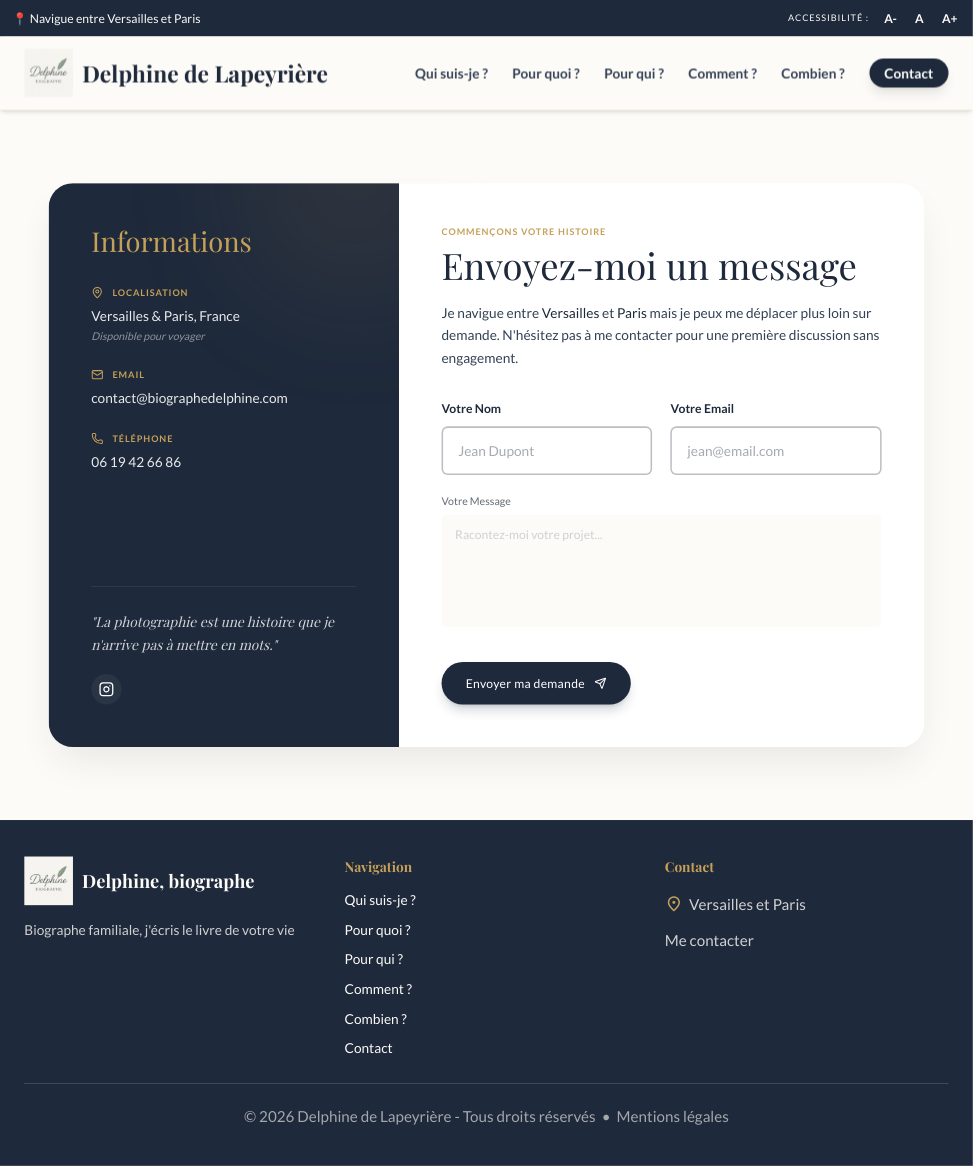
Repository: louisbdc/delphine-biographe
Page: /contact
An editor plug-in stored every save of this project. The page is shown before and after the next save, followed by the edit.
The browser window is 1280 px wide. The pictures show the whole page, at 76% of full size.
Some web fonts or font styles are not loaded; a fallback is used. The project was rebuilt for these pictures with package versions that can differ from the ones it lists, and the page was loaded fresh each time. The framework's server and built-in components were replaced by stand-ins that run in the browser. Also part of the build but not shown: next.config.js.

Above is the page before, as saved 2026-01-07 17:19:11.

### app/layout.tsx
import type { Metadata } from "next";
import "./globals.css";
import AccessibilityControls from "@/components/AccessibilityControls";
import Footer from "@/components/Footer";

export const metadata: Metadata = {
  title: "Delphine de Lapeyrière | Biographe Familiale",
  description: "Biographe familiale, j'écris le livre de votre vie",
  icons: {
    icon: "/logo.png",
  },
};

export default function RootLayout({
  children,
}: Readonly<{
  children: React.ReactNode;
}>) {
  return (
    <html lang="fr" className="scroll-smooth">
      <head>
        {/* Google Fonts: Playfair Display (Serif) & Lato (Sans) */}
        <link rel="preconnect" href="https://fonts.googleapis.com" />
        <link rel="preconnect" href="https://fonts.gstatic.com" crossOrigin="anonymous" />
        <link
          href="https://fonts.googleapis.com/css2?family=Lato:wght@400;700&family=Playfair+Display:ital,wght@0,400;0,700;1,400&display=swap"
          rel="stylesheet"
        />
        {/* Material Symbols for Icons */}
        <link
          rel="stylesheet"
          href="https://fonts.googleapis.com/css2?family=Material+Symbols+Outlined:opsz,wght,FILL,GRAD@24,400,0,0"
        />
      </head>
      <body
        className="font-sans antialiased text-navy overflow-x-hidden flex flex-col min-h-screen"
      >
        {/* Accessibility & Top Bar */}
        <div className="bg-navy text-cream py-2 px-4 flex justify-between items-center text-sm md:text-base">
          <span className="hidden md:inline">📍 Navigue entre Versailles et Paris</span>
          <AccessibilityControls />
        </div>
        <main className="flex-1">
          {children}
        </main>
        <Footer />
      </body>
    </html>
  );
}

### app/contact/page.tsx
import Navigation from "@/components/Navigation";
import { MapPin, Mail, Instagram, Send, Phone } from "lucide-react";

export default function ContactPage() {
  return (
    <>
      <Navigation />

      <main className="min-h-screen bg-[#FDFBF7] flex items-center justify-center py-24 px-4 sm:px-6">

        {/* CONTENEUR PRINCIPAL : Plus large (max-w-6xl) pour donner de l'espace */}
        <div className="w-full max-w-6xl bg-white rounded-[2rem] shadow-2xl shadow-navy/10 overflow-hidden flex flex-col lg:flex-row min-h-[700px]">

          {/* --- COLONNE GAUCHE (NAVY) : 35-40% de la largeur ---
              Sert d'ambiance et d'infos rapides.
          */}
          <div className="lg:w-[40%] bg-navy text-white p-10 md:p-14 relative flex flex-col justify-between">

            {/* Décoration de fond subtile */}
            <div className="absolute top-[-20%] right-[-20%] w-[300px] h-[300px] bg-gold/10 rounded-full blur-[80px] pointer-events-none"></div>

            <div className="relative z-10">
              <h3 className="font-serif text-3xl md:text-4xl text-gold mb-10">Informations</h3>

              <div className="space-y-8">
                <div className="group">
                  <p className="flex items-center gap-3 text-gold text-xs font-bold tracking-widest uppercase mb-2">
                    <MapPin className="w-4 h-4" /> Localisation
                  </p>
                  <p className="text-white/90 font-light text-lg">Versailles & Paris, France</p>
                  <p className="text-white/50 text-sm italic mt-1">Disponible pour voyager</p>
                </div>

                <div className="group">
                  <p className="flex items-center gap-3 text-gold text-xs font-bold tracking-widest uppercase mb-2">
                    <Mail className="w-4 h-4" /> Email
                  </p>
                  <a href="mailto:contact@biographedelphine.com" className="text-white/90 font-light text-lg hover:text-gold transition-colors">
                    contact@biographedelphine.com
                  </a>
                </div>

                <div className="group">
                  <p className="flex items-center gap-3 text-gold text-xs font-bold tracking-widest uppercase mb-2">
                    <Phone className="w-4 h-4" /> Téléphone
                  </p>
                  <p className="text-white/90 font-light text-lg">06 19 42 66 86</p>
                </div>
              </div>
            </div>

            {/* Citation et Social en bas */}
            <div className="relative z-10 mt-16 pt-8 border-t border-white/10">
              <p className="font-serif italic text-lg text-white/80 mb-6 leading-relaxed">
                "La photographie est une histoire que je n'arrive pas à mettre en mots."
              </p>
              <a href="#" className="inline-flex items-center justify-center w-10 h-10 rounded-full bg-white/5 hover:bg-gold hover:text-navy transition-all duration-300">
                <Instagram className="w-5 h-5" />
              </a>
            </div>
          </div>

          {/* --- COLONNE DROITE (BLANC) : 60-65% de la largeur ---
              Contient l'intro ET le formulaire, l'un sous l'autre pour maximiser la largeur.
          */}
          <div className="lg:w-[60%] p-10 md:p-14 bg-white relative">

            {/* En-tête de la section Contact */}
            <div className="mb-10">
              <span className="text-gold font-bold tracking-widest uppercase text-xs mb-3 block">
                Commençons votre histoire
              </span>
              <h2 className="text-4xl md:text-5xl font-serif text-navy mb-6">
                Envoyez-moi un message
              </h2>
              <p className="text-navy-light text-lg leading-relaxed max-w-2xl">
                Je navigue entre <strong className="text-navy font-medium">Versailles</strong> et <strong className="text-navy font-medium">Paris</strong> mais je peux me déplacer plus loin sur demande. N'hésitez pas à me contacter pour une première discussion sans engagement.
              </p>
            </div>

            {/* LE FORMULAIRE : Prend toute la largeur disponible maintenant */}
            <form className="space-y-6">
              <div className="grid grid-cols-1 md:grid-cols-2 gap-6">
                {/* Champ Nom */}
                <div className="relative">
                  <label htmlFor="name" className="block text-base font-semibold text-navy mb-3">Votre Nom</label>
                  <input
                    type="text"
                    id="name"
                    placeholder="Jean Dupont"
                    className="w-full px-5 py-4 rounded-lg bg-white border-2 border-navy/30 focus:border-gold focus:bg-white focus:outline-none focus:ring-2 focus:ring-gold/20 transition-all duration-300 placeholder:text-navy/40 text-navy text-lg"
                  />
                </div>

                {/* Champ Email */}
                <div className="relative">
                  <label htmlFor="email" className="block text-base font-semibold text-navy mb-3">Votre Email</label>
                  <input
                    type="email"
                    id="email"
                    placeholder="jean@email.com"
                    className="w-full px-5 py-4 rounded-lg bg-white border-2 border-navy/30 focus:border-gold focus:bg-white focus:outline-none focus:ring-2 focus:ring-gold/20 transition-all duration-300 placeholder:text-navy/40 text-navy text-lg"
                  />
                </div>
              </div>

              {/* Champ Message (Large) */}
              <div className="relative">
                <label htmlFor="message" className="block text-sm font-medium text-navy/70 mb-2">Votre Message</label>
                <textarea
                  id="message"
                  rows={5}
                  placeholder="Racontez-moi votre projet..."
                  className="w-full px-4 py-3 rounded-lg bg-[#FDFBF7] border-2 border-transparent focus:border-gold/30 focus:bg-white focus:outline-none transition-all duration-300 placeholder:text-navy/20 text-navy resize-none"
                ></textarea>
              </div>

              {/* Bouton d'action - Aligné ou pleine largeur */}
              <div className="pt-4">
                <button type="submit" className="group flex items-center gap-3 bg-navy text-white px-8 py-4 rounded-full hover:bg-gold hover:text-navy transition-all duration-300 font-medium tracking-wide shadow-lg shadow-navy/20">
                  <span>Envoyer ma demande</span>
                  <Send className="w-4 h-4 group-hover:translate-x-1 transition-transform" />
                </button>
              </div>
            </form>

          </div>
        </div>
      </main>
    </>
  );
}

### app/globals.css
@tailwind base;
@tailwind components;
@tailwind utilities;

body {
  background-color: #FDFBF7;
  color: #1E293B;
  /* High contrast text */
}

/* Smooth fade-in animation */
.fade-in {
  animation: fadeIn 1.2s ease-in-out;
}

@keyframes fadeIn {
  from { opacity: 0; transform: translateY(10px); }
  to { opacity: 1; transform: translateY(0); }
}

/* Focus states for accessibility */
a:focus, button:focus {
  outline: 3px solid #C5A059;
  outline-offset: 2px;
}

/* Typography overrides for specific senior readability */
p {
  line-height: 1.8;
  font-size: 1.25rem; /* ~20px for excellent readability */
}

### components/AccessibilityControls.tsx
"use client";

import { useState, useEffect } from "react";

export default function AccessibilityControls() {
  // On démarre à 100% (1) par défaut
  const [currentZoom, setCurrentZoom] = useState(1);
  const [mounted, setMounted] = useState(false);

  // Au chargement de la page (côté client uniquement)
  useEffect(() => {
    setMounted(true);
    // 1. On essaie de récupérer une préférence existante
    const savedZoom = localStorage.getItem("user-font-zoom");
    if (savedZoom) {
      const zoomValue = parseFloat(savedZoom);
      setCurrentZoom(zoomValue);
      applyZoom(zoomValue);
    } else {
      // Si aucune préférence, on applique la valeur par défaut
      applyZoom(1);
    }
  }, []);

  // Fonction pour appliquer le zoom sur la balise HTML racine
  const applyZoom = (zoom: number) => {
    if (typeof document !== "undefined") {
      // On touche à l'élément racine <html> pour que les 'rem' de Tailwind s'adaptent
      document.documentElement.style.fontSize = `${100 * zoom}%`;
    }
  };

  const handleZoomChange = (newZoom: number) => {
    setCurrentZoom(newZoom);
    applyZoom(newZoom);
    // On sauvegarde le choix pour la prochaine visite
    localStorage.setItem("user-font-zoom", newZoom.toString());
  };

  const increaseText = () => {
    if (currentZoom < 1.3) { // Max 130%
      // On utilise toFixed pour éviter les problèmes de virgule flottante (0.1 + 0.2 != 0.3)
      const newVal = parseFloat((currentZoom + 0.1).toFixed(1));
      handleZoomChange(newVal);
    }
  };

  const decreaseText = () => {
    if (currentZoom > 0.9) { // Min 90%
      const newVal = parseFloat((currentZoom - 0.1).toFixed(1));
      handleZoomChange(newVal);
    }
  };

  const resetText = () => {
    handleZoomChange(1); // Retour à 100%
  };

  // Pour éviter les erreurs d'hydratation (différence serveur/client),
  // on n'affiche rien tant que le composant n'est pas monté.
  if (!mounted) return null;

  return (
    <div className="flex items-center gap-4" id="accessibility-controls">
      <span className="uppercase tracking-widest text-xs hidden sm:inline">Accessibilité :</span>
      <button
        onClick={decreaseText}
        className="hover:text-gold font-bold p-1 transition-colors"
        aria-label="Diminuer la taille du texte"
        title="Réduire le texte"
      >
        A-
      </button>
      <button
        onClick={resetText}
        className="hover:text-gold font-bold p-1 transition-colors"
        aria-label="Taille du texte par défaut"
        title="Taille par défaut"
      >
        A
      </button>
      <button
        onClick={increaseText}
        className="hover:text-gold font-bold p-1 transition-colors"
        aria-label="Augmenter la taille du texte"
        title="Agrandir le texte"
      >
        A+
      </button>
    </div>
  );
}

### components/Footer.tsx
export default function Footer() {
  const currentYear = new Date().getFullYear();

  return (
    <footer className="bg-navy text-cream mt-auto">
      <div className="container mx-auto px-4 md:px-8 py-8 md:py-12">
        <div className="grid grid-cols-1 md:grid-cols-3 gap-8 md:gap-12">
          {/* Logo & Description */}
          <div className="flex flex-col items-center md:items-start">
            <div className="flex items-center gap-3 mb-4">
              <img
                src="/logo.png"
                alt="Delphine de Lapeyrière - Biographe"
                className="h-12 md:h-16 w-auto"
              />
              <span className="text-xl md:text-2xl font-serif font-bold text-cream">
                Delphine, biographe
              </span>
            </div>
            <p className="text-cream/80 text-center md:text-left text-base-lg">
              Biographe familiale, j&apos;écris le livre de votre vie
            </p>
          </div>

          {/* Navigation Links */}
          <div className="flex flex-col items-center md:items-start">
            <h3 className="text-lg font-serif font-bold mb-4 text-gold">
              Navigation
            </h3>
            <ul className="flex flex-col gap-3 text-base-lg">
              <li>
                <a
                  href="/qui-suis-je"
                  className="hover:text-gold transition-colors underline-offset-4 hover:underline"
                >
                  Qui suis-je ?
                </a>
              </li>
              <li>
                <a
                  href="/pour-quoi-faire"
                  className="hover:text-gold transition-colors underline-offset-4 hover:underline"
                >
                  Pour quoi ?
                </a>
              </li>
              <li>
                <a
                  href="/pour-qui"
                  className="hover:text-gold transition-colors underline-offset-4 hover:underline"
                >
                  Pour qui ?
                </a>
              </li>
              <li>
                <a
                  href="/comment"
                  className="hover:text-gold transition-colors underline-offset-4 hover:underline"
                >
                  Comment ?
                </a>
              </li>
              <li>
                <a
                  href="/combien"
                  className="hover:text-gold transition-colors underline-offset-4 hover:underline"
                >
                  Combien ?
                </a>
              </li>
              <li>
                <a
                  href="/contact"
                  className="hover:text-gold transition-colors underline-offset-4 hover:underline"
                >
                  Contact
                </a>
              </li>
            </ul>
          </div>

          {/* Contact Info */}
          <div className="flex flex-col items-center md:items-start">
            <h3 className="text-lg font-serif font-bold mb-4 text-gold">
              Contact
            </h3>
            <div className="flex flex-col gap-3 text-base-lg text-cream/80">
              <p className="flex items-center gap-2">
                <span className="material-symbols-outlined text-gold">location_on</span>
                <span>Versailles et Paris</span>
              </p>
              <p>
                <a
                  href="/contact"
                  className="hover:text-gold transition-colors underline-offset-4 hover:underline"
                >
                  Me contacter
                </a>
              </p>
            </div>
          </div>
        </div>

        {/* Copyright */}
        <div className="border-t border-cream/20 mt-8 pt-6 text-center text-cream/60 text-sm md:text-base">
          <p className="flex flex-wrap justify-center items-center gap-2">
            <span>© {currentYear} Delphine de Lapeyrière - Tous droits réservés</span>
            <span>•</span>
            <a
              href="/mentions-legales"
              className="hover:text-gold transition-colors underline-offset-4 hover:underline"
            >
              Mentions légales
            </a>
          </p>
        </div>
      </div>
    </footer>
  );
}

### components/Navigation.tsx
export default function Navigation() {
  return (
    <nav className="sticky top-0 z-50 bg-cream/95 backdrop-blur-sm shadow-md border-b border-gold/20">
      <div className="container mx-auto px-4 md:px-8 py-4 flex flex-col md:flex-row justify-between items-center">
        {/* Logo */}
        <a
          href="/"
          className="mb-4 md:mb-0 hover:opacity-80 transition-opacity flex items-center gap-3"
        >
          <img
            src="/logo.png"
            alt="Delphine de Lapeyrière - Biographe"
            className="h-12 md:h-16 w-auto"
          />
          <span className="text-2xl md:text-3xl font-serif font-bold text-navy">
            Delphine de Lapeyrière
          </span>
        </a>

        {/* Menu items */}
        <ul className="flex flex-wrap justify-center gap-4 md:gap-8 text-lg font-semibold text-navy-light">
          <li>
            <a
              href="/qui-suis-je"
              className="hover:text-old-rose transition-colors decoration-gold underline-offset-4 hover:underline"
            >
              Qui suis-je ?
            </a>
          </li>
          <li>
            <a
              href="/pour-quoi-faire"
              className="hover:text-old-rose transition-colors decoration-gold underline-offset-4 hover:underline"
            >
              Pour quoi ?
            </a>
          </li>
          <li>
            <a
              href="/pour-qui"
              className="hover:text-old-rose transition-colors decoration-gold underline-offset-4 hover:underline"
            >
              Pour qui ?
            </a>
          </li>
          <li>
            <a
              href="/comment"
              className="hover:text-old-rose transition-colors decoration-gold underline-offset-4 hover:underline"
            >
              Comment ?
            </a>
          </li>
          <li>
            <a
              href="/combien"
              className="hover:text-old-rose transition-colors decoration-gold underline-offset-4 hover:underline"
            >
              Combien ?
            </a>
          </li>
          <li>
            <a
              href="/contact"
              className="px-5 py-2 bg-navy text-white rounded-full hover:bg-navy-light transition-colors shadow-lg transform hover:-translate-y-0.5"
            >
              Contact
            </a>
          </li>
        </ul>
      </div>
    </nav>
  );
}

### tailwind.config.ts
import type { Config } from "tailwindcss";

const config: Config = {
  content: [
    "./pages/**/*.{js,ts,jsx,tsx,mdx}",
    "./components/**/*.{js,ts,jsx,tsx,mdx}",
    "./app/**/*.{js,ts,jsx,tsx,mdx}",
  ],
  theme: {
    extend: {
      colors: {
        'cream': '#FDFBF7',
        'cream-dark': '#F5F2EB',
        'navy': '#1E293B',
        'navy-light': '#334155',
        'sage': '#4F6F52',
        'gold': '#C5A059',
        'old-rose': '#B76E79',
      },
      fontFamily: {
        serif: ['"Playfair Display"', 'serif'],
        sans: ['"Lato"', 'sans-serif'],
      },
      fontSize: {
        'base-lg': '1.125rem', /* 18px minimum for body */
      }
    },
  },
  plugins: [],
};
export default config;

After the next save:
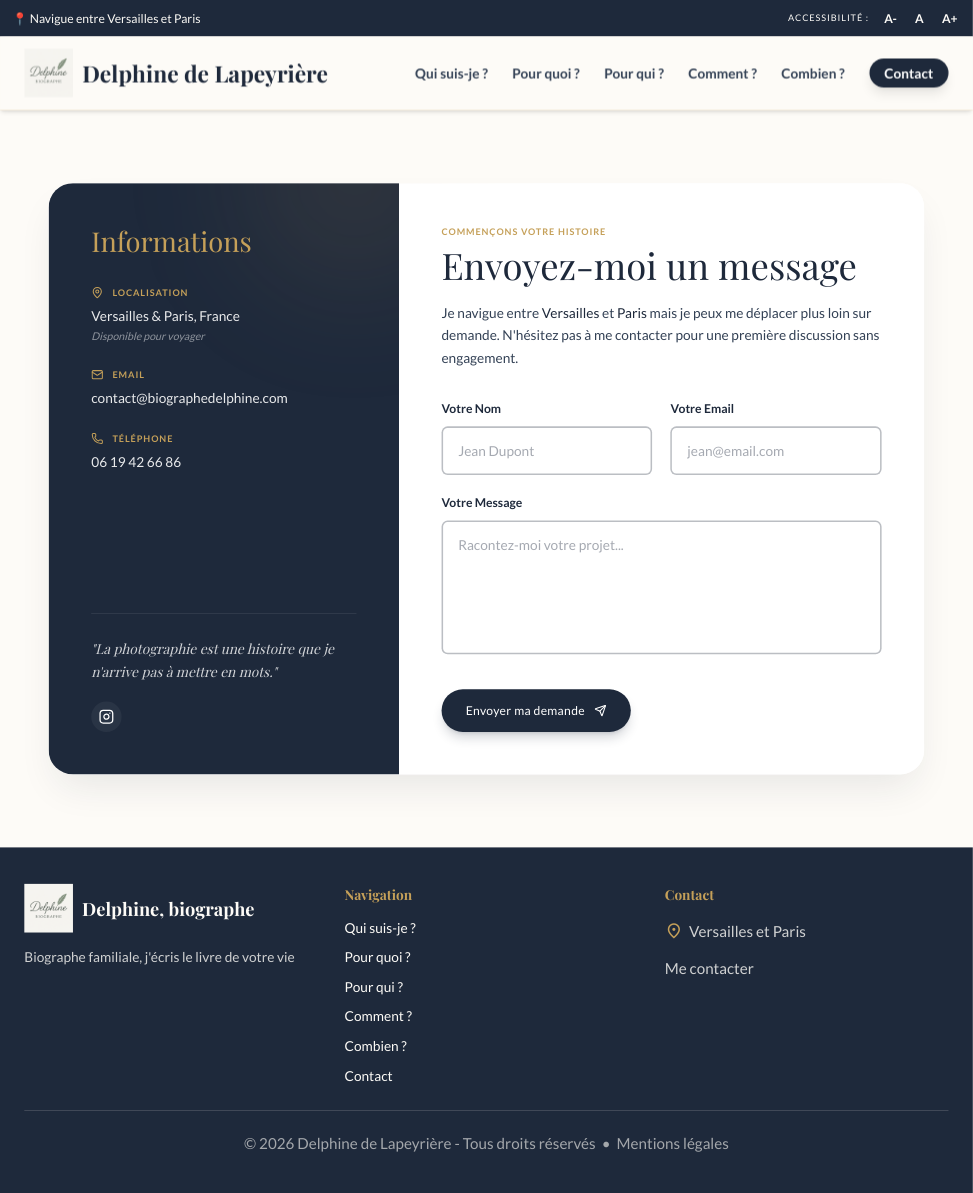
Saved 4 s later.
--- a/app/contact/page.tsx
+++ b/app/contact/page.tsx
@@ -106,12 +106,12 @@ export default function ContactPage() {
 
               {/* Champ Message (Large) */}
               <div className="relative">
-                <label htmlFor="message" className="block text-sm font-medium text-navy/70 mb-2">Votre Message</label>
+                <label htmlFor="message" className="block text-base font-semibold text-navy mb-3">Votre Message</label>
                 <textarea
                   id="message"
                   rows={5}
                   placeholder="Racontez-moi votre projet..."
-                  className="w-full px-4 py-3 rounded-lg bg-[#FDFBF7] border-2 border-transparent focus:border-gold/30 focus:bg-white focus:outline-none transition-all duration-300 placeholder:text-navy/20 text-navy resize-none"
+                  className="w-full px-5 py-4 rounded-lg bg-white border-2 border-navy/30 focus:border-gold focus:bg-white focus:outline-none focus:ring-2 focus:ring-gold/20 transition-all duration-300 placeholder:text-navy/40 text-navy text-lg resize-none"
                 ></textarea>
               </div>
 
